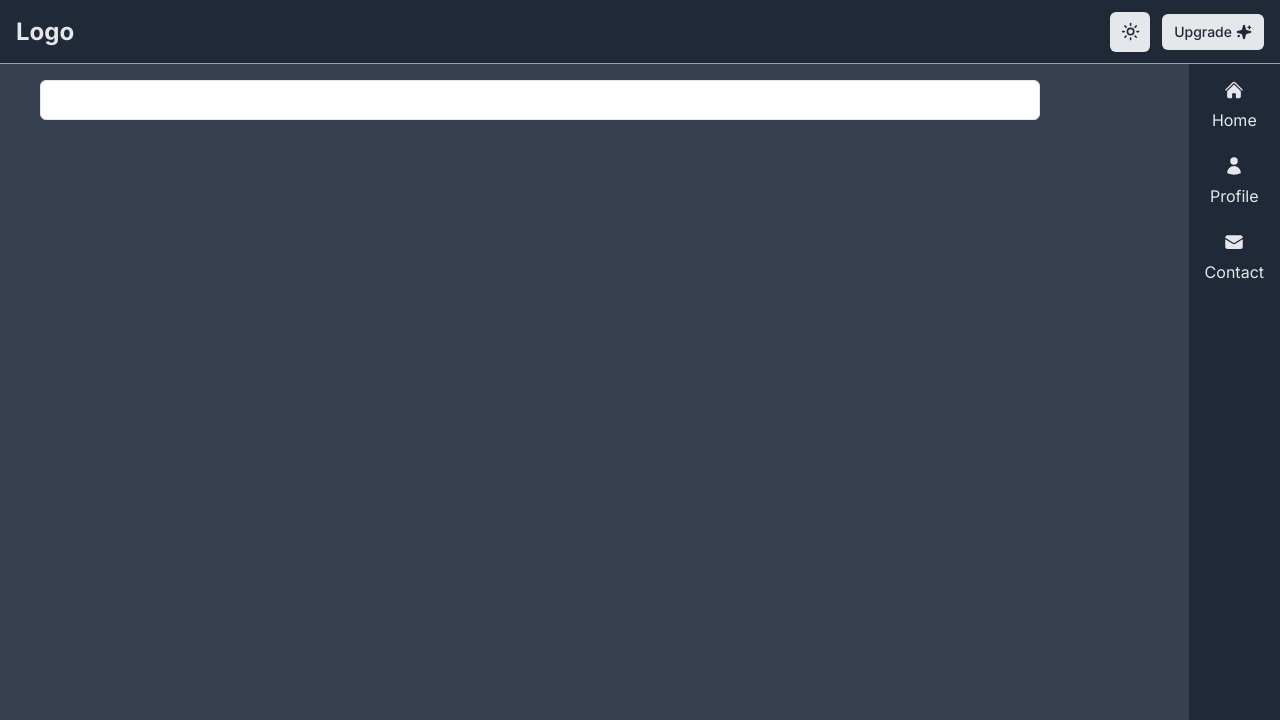
Repository: michalmilek/AI-companion-bot
Page: /
The author's editor kept a copy of each file at every save. The page is drawn from the files as they stood at one save, then again after the next save.
The browser window is 1280 px wide. The pictures show the whole page.
The page's requests for data from a server got no answer. The project was rebuilt for these pictures with package versions that can differ from the ones it lists, and the page was loaded fresh each time. Some packages were replaced by stand-ins written for this rebuild. The framework's server and built-in components were replaced by stand-ins that run in the browser. No one was signed in, and anything a server would have sent is missing. Also part of the build but not shown: next.config.js.

Above is the page before, as saved 2023-10-10 18:32:38.

### app/layout.tsx
import { ClerkProvider } from "@clerk/nextjs";
import "./globals.css";
import type { Metadata } from "next";
import { Inter } from "next/font/google";
import { ThemeProvider } from "@/components/theme-provider";

const inter = Inter({ subsets: ["latin"] });

export const metadata: Metadata = {
  title: "Create Next App",
  description: "Generated by create next app",
};

export default function RootLayout({
  children,
}: {
  children: React.ReactNode;
}) {
  return (
    <ClerkProvider>
      <html lang="en">
        <body className={inter.className}>
          <ThemeProvider
            attribute="class"
            defaultTheme="light"
            enableSystem
            disableTransitionOnChange>
            {children}
          </ThemeProvider>
        </body>
      </html>
    </ClerkProvider>
  );
}

### app/(root)/layout.tsx
"use client";

import MobileSidebar from "@/components/MobileSidebar";
import Navbar from "@/components/Navbar";
import clsx from "clsx";
import { useTheme } from "next-themes";
import React, { useEffect } from "react";
import useStore from "../hooks/useStore";
import { useMediaQuery } from "react-responsive";
import { AnimatePresence } from "framer-motion";
import Sidebar from "@/components/Sidebar";

const RootLayout = ({ children }: { children: React.ReactNode }) => {
  const { theme } = useTheme();
  const isTabletOrLarger = useMediaQuery({
    query: "(min-width: 768px)",
  });
  const { setIsMobileMenuOpen } = useStore();

  useEffect(() => {
    if (isTabletOrLarger) {
      setIsMobileMenuOpen(false);
    }
  }, [isTabletOrLarger, setIsMobileMenuOpen]);

  return (
    <div
      className={`h-screen ${clsx(
        (theme === "dark" || "system") && "bg-gray-700",
        theme === "light" && "bg-gray-400"
      )} `}>
      <Navbar />
      <MobileSidebar />
      <Sidebar />
      <main className="px-10 md:pr-60 pt-20 pb-2 h-full">{children}</main>
    </div>
  );
};

export default RootLayout;

### app/(root)/(routes)/page.tsx
import { SearchInput } from "@/components/ui/search-input";
import { UserButton } from "@clerk/nextjs";
import React from "react";

const RootPage = () => {
  return (
    <div>
      <SearchInput />
    </div>
  );
};

export default RootPage;

### app/globals.css
@tailwind base;
@tailwind components;
@tailwind utilities;

@layer base {
  :root {
    --background: 0 0% 100%;
    --foreground: 0 0% 3.9%;

    --card: 0 0% 100%;
    --card-foreground: 0 0% 3.9%;

    --popover: 0 0% 100%;
    --popover-foreground: 0 0% 3.9%;

    --primary: 0 0% 9%;
    --primary-foreground: 0 0% 98%;

    --secondary: 0 0% 96.1%;
    --secondary-foreground: 0 0% 9%;

    --muted: 0 0% 96.1%;
    --muted-foreground: 0 0% 45.1%;

    --accent: 0 0% 96.1%;
    --accent-foreground: 0 0% 9%;

    --destructive: 0 84.2% 60.2%;
    --destructive-foreground: 0 0% 98%;

    --border: 0 0% 89.8%;
    --input: 0 0% 89.8%;
    --ring: 0 0% 3.9%;

    --radius: 0.5rem;
  }

  .dark {
    --background: 0 0% 3.9%;
    --foreground: 0 0% 98%;

    --card: 0 0% 3.9%;
    --card-foreground: 0 0% 98%;

    --popover: 0 0% 3.9%;
    --popover-foreground: 0 0% 98%;

    --primary: 0 0% 98%;
    --primary-foreground: 0 0% 9%;

    --secondary: 0 0% 14.9%;
    --secondary-foreground: 0 0% 98%;

    --muted: 0 0% 14.9%;
    --muted-foreground: 0 0% 63.9%;

    --accent: 0 0% 14.9%;
    --accent-foreground: 0 0% 98%;

    --destructive: 0 62.8% 30.6%;
    --destructive-foreground: 0 0% 98%;

    --border: 0 0% 14.9%;
    --input: 0 0% 14.9%;
    --ring: 0 0% 83.1%;
  }
}

@layer base {
  * {
    @apply border-border;
  }
  body {
    @apply bg-background text-foreground;
  }
}

*{
  box-sizing: border-box;
  padding: 0;
  margin: 0;
}

### components/MobileSidebar.tsx
"use client";

import React from "react";
import { AnimatePresence, motion } from "framer-motion";
import { useTheme } from "next-themes";
import clsx from "clsx";
import { Theme, getThemeBackground } from "@/app/utils/helpers";
import { Button } from "./ui/button";
import { HomeIcon, UserIcon, EnvelopeIcon } from "@heroicons/react/24/solid";
import Link from "next/link";
import useStore from "@/app/hooks/useStore";
import { useMediaQuery } from "react-responsive";

const MobileSidebar = () => {
  const { theme } = useTheme();
  const isTabletOrLarger = useMediaQuery({
    query: "(min-width: 768px)",
  });

  const isMobileOrLarger = useMediaQuery({
    query: "(min-width: 550px)",
  });
  const { isMobileMenuOpen } = useStore();
  return (
    <AnimatePresence mode="wait">
      {isMobileMenuOpen && !isTabletOrLarger && (
        <motion.aside
          className={`h-full py-2 fixed bottom-0 top-16 right-0 ${getThemeBackground(
            theme as Theme
          )}`}
          initial={{ x: "100%" }}
          animate={{ x: 0 }}
          transition={{ type: "tween", duration: 0.3 }}
          exit={{ x: "100%" }}>
          <ul className="flex flex-col gap-2">
            <li>
              <Link
                className={`flex flex-col items-center gap-2 py-2 ${
                  theme === "light" ? "hover:bg-gray-700" : "hover:bg-gray-500"
                } transition-none`}
                href="/">
                <HomeIcon className="h-5 w-5" />
                {isMobileOrLarger && <span>Home</span>}
              </Link>
            </li>
            <li>
              <Link
                className="flex flex-col items-center gap-2 py-2 px-4 hover:bg-gray-700"
                href="/profile">
                <UserIcon className="h-5 w-5" />
                <span>Profile</span>
              </Link>
            </li>
            <li>
              <Link
                className="flex flex-col items-center gap-2 py-2 px-4 hover:bg-gray-700"
                href="/contact">
                <EnvelopeIcon className="h-5 w-5" />
                <span>Contact</span>
              </Link>
            </li>
          </ul>
        </motion.aside>
      )}
    </AnimatePresence>
  );
};
export default MobileSidebar;

### components/Navbar.tsx
"use client";

import React, { useEffect, useState } from "react";
import { UserButton } from "@clerk/nextjs";
import { Button } from "./ui/button";
import { Sparkles } from "lucide-react";
import { ThemeToggle } from "./theme-toggle";
import { useTheme } from "next-themes";
import clsx from "clsx";
import { Theme, getThemeBackground, getThemeColor } from "@/app/utils/helpers";
import { useMediaQuery } from "react-responsive";
import { Bars3Icon } from "@heroicons/react/24/solid";
import useStore from "@/app/hooks/useStore";

const Navbar = () => {
  const { theme } = useTheme();
  const isTabletOrLarger = useMediaQuery({
    query: "(min-width: 768px)",
  });
  const { isMobileMenuOpen, setIsMobileMenuOpen } = useStore();

  return (
    <nav
      className={`${getThemeBackground(
        theme as Theme
      )} h-16 flex justify-between items-center px-4 fixed top-0 left-0 right-0 z-50 border-b-gray-400 border-b`}>
      <a
        href="#"
        className="text-2xl font-bold">
        Logo
      </a>
      <div className="flex items-center gap-3">
        <ThemeToggle />
        <Button
          size="sm"
          variant={getThemeColor(theme as Theme)}>
          Upgrade
          <Sparkles
            className={`${
              theme === "light"
                ? "text-gray-800 fill-gray-800"
                : "text-gray-200 fill-gray-200"
            }  h-4 w-4`}
          />
        </Button>

        <UserButton />
        {!isTabletOrLarger && (
          <Button
            size="icon"
            onClick={() => setIsMobileMenuOpen(!isMobileMenuOpen)}
            variant={getThemeColor(theme as Theme)}>
            <Bars3Icon
              className={`${
                theme === "light"
                  ? "text-gray-800 fill-gray-800"
                  : "text-gray-200 fill-gray-200"
              } p-2`}
            />
          </Button>
        )}
      </div>
    </nav>
  );
};

export default Navbar;

### app/hooks/useStore.ts
import { create } from "zustand";

interface State {
  isMobileMenuOpen: boolean;
  setIsMobileMenuOpen: (isOpen: boolean) => void;
}

const useStore = create<State>((set) => ({
  isMobileMenuOpen: false,
  setIsMobileMenuOpen: (isOpen) => set({ isMobileMenuOpen: isOpen }),
}));

export default useStore;

### components/Sidebar.tsx
import React from "react";
import { AnimatePresence, motion } from "framer-motion";
import { useTheme } from "next-themes";
import clsx from "clsx";
import { Theme, getThemeBackground } from "@/app/utils/helpers";
import { Button } from "./ui/button";
import { HomeIcon, UserIcon, EnvelopeIcon } from "@heroicons/react/24/solid";
import Link from "next/link";
import { useMediaQuery } from "react-responsive";

const Sidebar = () => {
  const { theme } = useTheme();
  const isTabletOrLarger = useMediaQuery({
    query: "(min-width: 768px)",
  });

  return (
    <AnimatePresence>
      {isTabletOrLarger && (
        <motion.aside
          key={"sidebar"}
          className={`h-full py-2 fixed bottom-0 top-16 right-0 ${getThemeBackground(
            theme as Theme
          )}`}
          initial={{ x: "100%" }}
          animate={{ x: 0 }}
          exit={{ x: "100%" }}
          transition={{ type: "tween", duration: 0.3 }}>
          <ul className="flex flex-col gap-2">
            <li>
              <Link
                className={`flex flex-col items-center gap-2 py-2 ${
                  theme === "light" ? "hover:bg-gray-700" : "hover:bg-gray-500"
                } transition-none`}
                href="/">
                <HomeIcon className="h-5 w-5" />
                <span>Home</span>
              </Link>
            </li>
            <li>
              <Link
                className="flex flex-col items-center gap-2 py-2 px-4 hover:bg-gray-700"
                href="/profile">
                <UserIcon className="h-5 w-5" />
                <span>Profile</span>
              </Link>
            </li>
            <li>
              <Link
                className="flex flex-col items-center gap-2 py-2 px-4 hover:bg-gray-700"
                href="/contact">
                <EnvelopeIcon className="h-5 w-5" />
                <span>Contact</span>
              </Link>
            </li>
          </ul>
        </motion.aside>
      )}
    </AnimatePresence>
  );
};

export default Sidebar;

### components/ui/search-input.tsx
import * as React from "react";

import { cn } from "@/lib/utils";

export interface InputProps
  extends React.InputHTMLAttributes<HTMLInputElement> {
  label?: string;
  error?: string;
}

const SearchInput = React.forwardRef<HTMLInputElement, InputProps>(
  ({ className, type, label, error, ...props }, ref) => {
    return (
      <div className="flex flex-col">
        {label && (
          <label className="text-sm font-medium text-gray-700">{label}</label>
        )}
        <input
          type={type}
          className={cn(
            "flex h-10 w-full rounded-md border border-input bg-white px-3 py-2 text-sm ring-offset-background file:border-0 file:bg-transparent file:text-sm file:font-medium placeholder:text-muted-foreground focus-visible:outline-none focus-visible:ring-2 focus-visible:ring-ring focus-visible:ring-offset-2 disabled:cursor-not-allowed disabled:opacity-50 text-black",
            className
          )}
          ref={ref}
          {...props}
        />
        {error && <span className="text-sm text-red-500">{error}</span>}
      </div>
    );
  }
);
SearchInput.displayName = "Input";

export { SearchInput };

### app/utils/helpers.ts
import clsx from "clsx";

export type Theme = "dark" | "system" | "light";

export function getThemeColor(theme: Theme) {
  if (theme === "dark" || theme === "system") {
    return "dark";
  } else {
    return "gray";
  }
}

export const getThemeBackground = (theme: Theme) => {
  return clsx(
    (theme === "dark" || theme === "system") && "bg-gray-200 text-gray-800",
    theme === "light" && "bg-gray-800 text-gray-200"
  );
};

### components/ui/button.tsx
import * as React from "react";
import { Slot } from "@radix-ui/react-slot";
import { cva, type VariantProps } from "class-variance-authority";

import { cn } from "@/lib/utils";

const buttonVariants = cva(
  "inline-flex items-center justify-center rounded-md text-sm font-medium ring-offset-background transition-colors focus-visible:outline-none focus-visible:ring-2 focus-visible:ring-ring focus-visible:ring-offset-2 disabled:pointer-events-none disabled:opacity-50",
  {
    variants: {
      variant: {
        default: "bg-primary text-primary-foreground hover:bg-primary/90",
        destructive:
          "bg-destructive text-destructive-foreground hover:bg-destructive/90",
        outline:
          "border border-input bg-background hover:bg-accent hover:text-accent-foreground",
        secondary:
          "bg-secondary text-secondary-foreground hover:bg-secondary/80",
        ghost: "hover:bg-accent hover:text-accent-foreground",
        link: "text-primary underline-offset-4 hover:underline",
        gray: "bg-gray-200 text-gray-800 flex items-center gap-1 hover:bg-gray-300 transition-all",
        dark: "bg-gray-800 text-gray-200 flex items-center gap-1 hover:bg-gray-600 transition-all",
      },
      size: {
        default: "h-10 px-4 py-2",
        sm: "h-9 rounded-md px-3",
        lg: "h-11 rounded-md px-8",
        icon: "h-10 w-10",
      },
    },
    defaultVariants: {
      variant: "default",
      size: "default",
    },
  }
);

export interface ButtonProps
  extends React.ButtonHTMLAttributes<HTMLButtonElement>,
    VariantProps<typeof buttonVariants> {
  asChild?: boolean;
}

const Button = React.forwardRef<HTMLButtonElement, ButtonProps>(
  ({ className, variant, size, asChild = false, ...props }, ref) => {
    const Comp = asChild ? Slot : "button";
    return (
      <Comp
        className={cn(buttonVariants({ variant, size, className }))}
        ref={ref}
        {...props}
      />
    );
  }
);
Button.displayName = "Button";

export { Button, buttonVariants };

### components/theme-toggle.tsx
"use client";

import * as React from "react";
import { Moon, Sun } from "lucide-react";
import { useTheme } from "next-themes";

import { Button } from "@/components/ui/button";
import {
  DropdownMenu,
  DropdownMenuContent,
  DropdownMenuItem,
  DropdownMenuTrigger,
} from "@/components/ui/dropdown-menu";
import { Theme, getThemeColor } from "@/app/utils/helpers";

export function ThemeToggle() {
  const { theme, setTheme } = useTheme();

  return (
    <DropdownMenu>
      <DropdownMenuTrigger asChild>
        <Button
          variant={getThemeColor(theme as Theme)}
          size="icon">
          <Sun className="h-[1.2rem] w-[1.2rem] rotate-0 scale-100 transition-all dark:-rotate-90 dark:scale-0" />
          <Moon className="absolute h-[1.2rem] w-[1.2rem] rotate-90 scale-0 transition-all dark:rotate-0 dark:scale-100" />
          <span className="sr-only">Toggle theme</span>
        </Button>
      </DropdownMenuTrigger>
      <DropdownMenuContent align="end">
        <DropdownMenuItem onClick={() => setTheme("light")}>
          Light
        </DropdownMenuItem>
        <DropdownMenuItem onClick={() => setTheme("dark")}>
          Dark
        </DropdownMenuItem>
        <DropdownMenuItem onClick={() => setTheme("system")}>
          System
        </DropdownMenuItem>
      </DropdownMenuContent>
    </DropdownMenu>
  );
}

### components/ui/dropdown-menu.tsx
"use client"

import * as React from "react"
import * as DropdownMenuPrimitive from "@radix-ui/react-dropdown-menu"
import { Check, ChevronRight, Circle } from "lucide-react"

import { cn } from "@/lib/utils"

const DropdownMenu = DropdownMenuPrimitive.Root

const DropdownMenuTrigger = DropdownMenuPrimitive.Trigger

const DropdownMenuGroup = DropdownMenuPrimitive.Group

const DropdownMenuPortal = DropdownMenuPrimitive.Portal

const DropdownMenuSub = DropdownMenuPrimitive.Sub

const DropdownMenuRadioGroup = DropdownMenuPrimitive.RadioGroup

const DropdownMenuSubTrigger = React.forwardRef<
  React.ElementRef<typeof DropdownMenuPrimitive.SubTrigger>,
  React.ComponentPropsWithoutRef<typeof DropdownMenuPrimitive.SubTrigger> & {
    inset?: boolean
  }
>(({ className, inset, children, ...props }, ref) => (
  <DropdownMenuPrimitive.SubTrigger
    ref={ref}
    className={cn(
      "flex cursor-default select-none items-center rounded-sm px-2 py-1.5 text-sm outline-none focus:bg-accent data-[state=open]:bg-accent",
      inset && "pl-8",
      className
    )}
    {...props}
  >
    {children}
    <ChevronRight className="ml-auto h-4 w-4" />
  </DropdownMenuPrimitive.SubTrigger>
))
DropdownMenuSubTrigger.displayName =
  DropdownMenuPrimitive.SubTrigger.displayName

const DropdownMenuSubContent = React.forwardRef<
  React.ElementRef<typeof DropdownMenuPrimitive.SubContent>,
  React.ComponentPropsWithoutRef<typeof DropdownMenuPrimitive.SubContent>
>(({ className, ...props }, ref) => (
  <DropdownMenuPrimitive.SubContent
    ref={ref}
    className={cn(
      "z-50 min-w-[8rem] overflow-hidden rounded-md border bg-popover p-1 text-popover-foreground shadow-lg data-[state=open]:animate-in data-[state=closed]:animate-out data-[state=closed]:fade-out-0 data-[state=open]:fade-in-0 data-[state=closed]:zoom-out-95 data-[state=open]:zoom-in-95 data-[side=bottom]:slide-in-from-top-2 data-[side=left]:slide-in-from-right-2 data-[side=right]:slide-in-from-left-2 data-[side=top]:slide-in-from-bottom-2",
      className
    )}
    {...props}
  />
))
DropdownMenuSubContent.displayName =
  DropdownMenuPrimitive.SubContent.displayName

const DropdownMenuContent = React.forwardRef<
  React.ElementRef<typeof DropdownMenuPrimitive.Content>,
  React.ComponentPropsWithoutRef<typeof DropdownMenuPrimitive.Content>
>(({ className, sideOffset = 4, ...props }, ref) => (
  <DropdownMenuPrimitive.Portal>
    <DropdownMenuPrimitive.Content
      ref={ref}
      sideOffset={sideOffset}
      className={cn(
        "z-50 min-w-[8rem] overflow-hidden rounded-md border bg-popover p-1 text-popover-foreground shadow-md data-[state=open]:animate-in data-[state=closed]:animate-out data-[state=closed]:fade-out-0 data-[state=open]:fade-in-0 data-[state=closed]:zoom-out-95 data-[state=open]:zoom-in-95 data-[side=bottom]:slide-in-from-top-2 data-[side=left]:slide-in-from-right-2 data-[side=right]:slide-in-from-left-2 data-[side=top]:slide-in-from-bottom-2",
        className
      )}
      {...props}
    />
  </DropdownMenuPrimitive.Portal>
))
DropdownMenuContent.displayName = DropdownMenuPrimitive.Content.displayName

const DropdownMenuItem = React.forwardRef<
  React.ElementRef<typeof DropdownMenuPrimitive.Item>,
  React.ComponentPropsWithoutRef<typeof DropdownMenuPrimitive.Item> & {
    inset?: boolean
  }
>(({ className, inset, ...props }, ref) => (
  <DropdownMenuPrimitive.Item
    ref={ref}
    className={cn(
      "relative flex cursor-default select-none items-center rounded-sm px-2 py-1.5 text-sm outline-none transition-colors focus:bg-accent focus:text-accent-foreground data-[disabled]:pointer-events-none data-[disabled]:opacity-50",
      inset && "pl-8",
      className
    )}
    {...props}
  />
))
DropdownMenuItem.displayName = DropdownMenuPrimitive.Item.displayName

const DropdownMenuCheckboxItem = React.forwardRef<
  React.ElementRef<typeof DropdownMenuPrimitive.CheckboxItem>,
  React.ComponentPropsWithoutRef<typeof DropdownMenuPrimitive.CheckboxItem>
>(({ className, children, checked, ...props }, ref) => (
  <DropdownMenuPrimitive.CheckboxItem
    ref={ref}
    className={cn(
      "relative flex cursor-default select-none items-center rounded-sm py-1.5 pl-8 pr-2 text-sm outline-none transition-colors focus:bg-accent focus:text-accent-foreground data-[disabled]:pointer-events-none data-[disabled]:opacity-50",
      className
    )}
    checked={checked}
    {...props}
  >
    <span className="absolute left-2 flex h-3.5 w-3.5 items-center justify-center">
      <DropdownMenuPrimitive.ItemIndicator>
        <Check className="h-4 w-4" />
      </DropdownMenuPrimitive.ItemIndicator>
    </span>
    {children}
  </DropdownMenuPrimitive.CheckboxItem>
))
DropdownMenuCheckboxItem.displayName =
  DropdownMenuPrimitive.CheckboxItem.displayName

const DropdownMenuRadioItem = React.forwardRef<
  React.ElementRef<typeof DropdownMenuPrimitive.RadioItem>,
  React.ComponentPropsWithoutRef<typeof DropdownMenuPrimitive.RadioItem>
>(({ className, children, ...props }, ref) => (
  <DropdownMenuPrimitive.RadioItem
    ref={ref}
    className={cn(
      "relative flex cursor-default select-none items-center rounded-sm py-1.5 pl-8 pr-2 text-sm outline-none transition-colors focus:bg-accent focus:text-accent-foreground data-[disabled]:pointer-events-none data-[disabled]:opacity-50",
      className
    )}
    {...props}
  >
    <span className="absolute left-2 flex h-3.5 w-3.5 items-center justify-center">
      <DropdownMenuPrimitive.ItemIndicator>
        <Circle className="h-2 w-2 fill-current" />
      </DropdownMenuPrimitive.ItemIndicator>
    </span>
    {children}
  </DropdownMenuPrimitive.RadioItem>
))
DropdownMenuRadioItem.displayName = DropdownMenuPrimitive.RadioItem.displayName

const DropdownMenuLabel = React.forwardRef<
  React.ElementRef<typeof DropdownMenuPrimitive.Label>,
  React.ComponentPropsWithoutRef<typeof DropdownMenuPrimitive.Label> & {
    inset?: boolean
  }
>(({ className, inset, ...props }, ref) => (
  <DropdownMenuPrimitive.Label
    ref={ref}
    className={cn(
      "px-2 py-1.5 text-sm font-semibold",
      inset && "pl-8",
      className
    )}
    {...props}
  />
))
DropdownMenuLabel.displayName = DropdownMenuPrimitive.Label.displayName

const DropdownMenuSeparator = React.forwardRef<
  React.ElementRef<typeof DropdownMenuPrimitive.Separator>,
  React.ComponentPropsWithoutRef<typeof DropdownMenuPrimitive.Separator>
>(({ className, ...props }, ref) => (
  <DropdownMenuPrimitive.Separator
    ref={ref}
    className={cn("-mx-1 my-1 h-px bg-muted", className)}
    {...props}
  />
))
DropdownMenuSeparator.displayName = DropdownMenuPrimitive.Separator.displayName

const DropdownMenuShortcut = ({
  className,
  ...props
}: React.HTMLAttributes<HTMLSpanElement>) => {
  return (
    <span
      className={cn("ml-auto text-xs tracking-widest opacity-60", className)}
      {...props}
    />
  )
}
DropdownMenuShortcut.displayName = "DropdownMenuShortcut"

export {
  DropdownMenu,
  DropdownMenuTrigger,
  DropdownMenuContent,
  DropdownMenuItem,
  DropdownMenuCheckboxItem,
  DropdownMenuRadioItem,
  DropdownMenuLabel,
  DropdownMenuSeparator,
  DropdownMenuShortcut,
  DropdownMenuGroup,
  DropdownMenuPortal,
  DropdownMenuSub,
  DropdownMenuSubContent,
  DropdownMenuSubTrigger,
  DropdownMenuRadioGroup,
}

Loaded but not shown: components/theme-provider.tsx (common file); lib/utils.ts (common file); tailwind.config.js (common file)

After the next save:
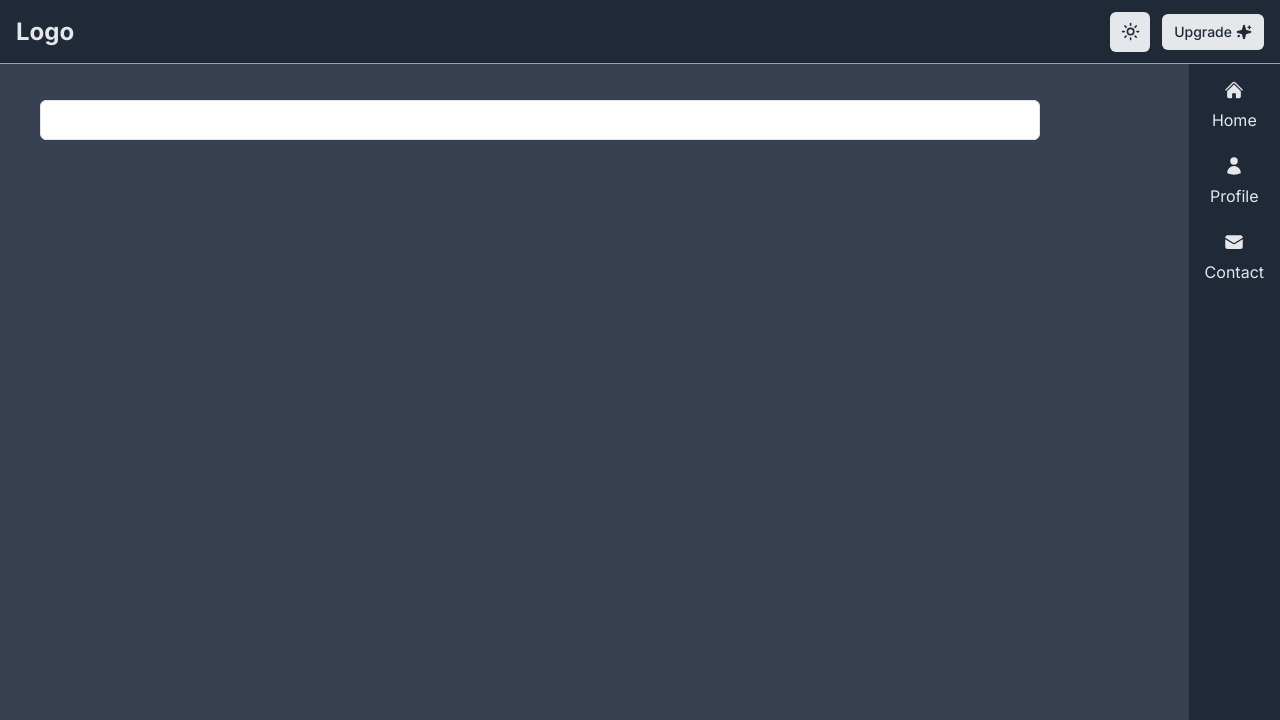
Saved 18 s later.
--- a/app/(root)/(routes)/page.tsx
+++ b/app/(root)/(routes)/page.tsx
@@ -5,7 +5,7 @@ import React from "react";
 const RootPage = () => {
   return (
     <div>
-      <SearchInput />
+      <SearchInput label="Search for" />
     </div>
   );
 };
